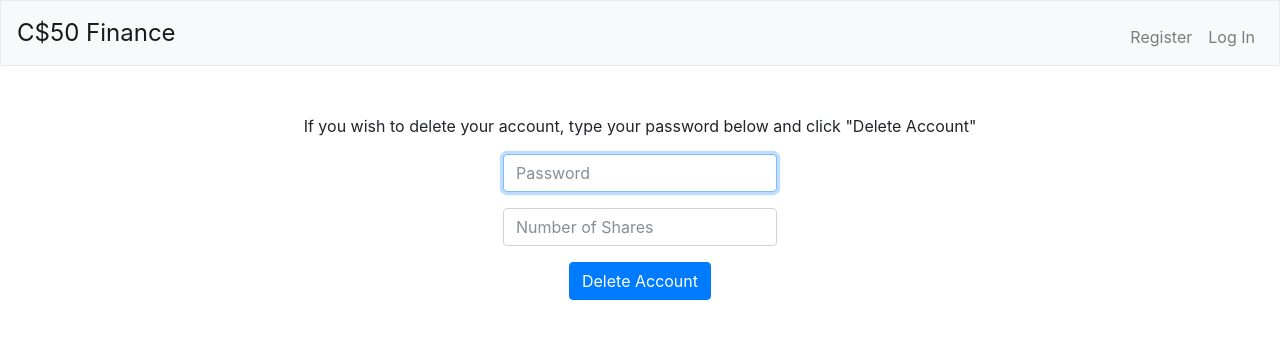
Repository: dillon/cs50
Page: pset7/finance/templates/account.html
The author's editor kept a record of every edit. The page is drawn from the files as they stood at one moment, then again after the next edit.
The browser window is 1280 px wide. The pictures show the whole page.
Some web libraries are served in a nearby version. The template is drawn by Flask 3. The application's start-up code is not run. Other server files are loaded and not shown. The template is opened directly, without the code that normally fills it, so the values that code supplies are empty.

Above is the page before.

### pset7/finance/templates/account.html
{% extends "layout.html" %}

{% block title %}
    Account
{% endblock %}

{% block main %}
    <p>If you wish to delete your account, type your password below and click "Delete Account"</p>
    <form action="/sell" method="post">
        <div class="form-group">
            <input autocomplete="off" autofocus class="form-control" name="symbol" placeholder="Password" type="password"/>
        </div>
        <div class="form-group">
            <input autocomplete="off" autofocus class="form-control" name="shares" placeholder="Number of Shares" type="number"/>
        </div>
        <button class="btn btn-primary" type="submit">Delete Account</button>
    </form>
{% endblock %}

### pset7/finance/templates/layout.html
<!DOCTYPE html>

<html lang="en">

    <head>

        <!-- Required meta tags -->
        <meta charset="utf-8"/>
        <meta name="viewport" content="width=device-width, initial-scale=1, shrink-to-fit=no"/>

        <!-- documentation at http://getbootstrap.com/docs/4.0/, alternative themes at https://bootswatch.com/4-alpha/ -->
        <link href="https://maxcdn.bootstrapcdn.com/bootstrap/4.0.0-beta.2/css/bootstrap.min.css" rel="stylesheet"/>

        <link href="/static/styles.css" rel="stylesheet"/>

        <script src="https://code.jquery.com/jquery-3.1.1.min.js"></script>
        <script src="https://cdnjs.cloudflare.com/ajax/libs/popper.js/1.12.3/umd/popper.min.js"></script>
        <script src="https://maxcdn.bootstrapcdn.com/bootstrap/4.0.0-beta.2/js/bootstrap.min.js"></script>

        <title>C$50 Finance: {% block title %}{% endblock %}</title>

    </head>

    <body>

        <nav class="navbar navbar-expand-md navbar-light bg-light border">
            <a class="navbar-brand" href="/"><span class="blue">C</span><span class="red">$</span><span class="yellow">5</span><span class="green">0</span> <span class="red">Finance</span></a>
            <button aria-controls="navbar" aria-expanded="false" aria-label="Toggle navigation" class="navbar-toggler" data-target="#navbar" data-toggle="collapse" type="button">
                <span class="navbar-toggler-icon"></span>
            </button>
            <div class="collapse navbar-collapse" id="navbar">
                {% if session.user_id %}
                    <ul class="navbar-nav mr-auto mt-2">
                        <li class="nav-item"><a class="nav-link" href="/quote">Quote</a></li>
                        <li class="nav-item"><a class="nav-link" href="/buy">Buy</a></li>
                        <li class="nav-item"><a class="nav-link" href="/sell">Sell</a></li>
                        <li class="nav-item"><a class="nav-link" href="/history">History</a></li>
                    </ul>
                    <ul class="navbar-nav ml-auto mt-2">
                        <li class="nav-item"><a class="nav-link" href="/account">Account</a></li>
                        <li class="nav-item"><a class="nav-link" href="/logout">Log Out</a></li>
                    </ul>
                {% else %}
                    <ul class="navbar-nav ml-auto mt-2">
                        <li class="nav-item"><a class="nav-link" href="/register">Register</a></li>
                        <li class="nav-item"><a class="nav-link" href="/login">Log In</a></li>
                    </ul>
                {% endif %}
            </div>
        </nav>

        {% if get_flashed_messages() %}
            <header>
                <div class="alert alert-primary border text-center" role="alert">
                    {{ get_flashed_messages() | join(" ") }}
                </div>
            </header>
        {% endif %}

        <main class="container p-5">
            {% block main %}{% endblock %}
        </main>

    </body>

</html>

### pset7/finance/static/styles.css
nav .navbar-brand
{
    /* size for brand */
    font-size: x-large;
}

/* colors for brand */

main .form-control
{
    /* center form controls */
    display: inline-block;

    /* override Bootstrap's 100% width for form controls */
    width: auto;
}

main
{
    /* scroll horizontally as needed */
    overflow-x: auto;

    /* center contents */
    text-align: center;
}

main img
{
    /* constrain images on small screens */
    max-width: 100%;
}

After the next edit:
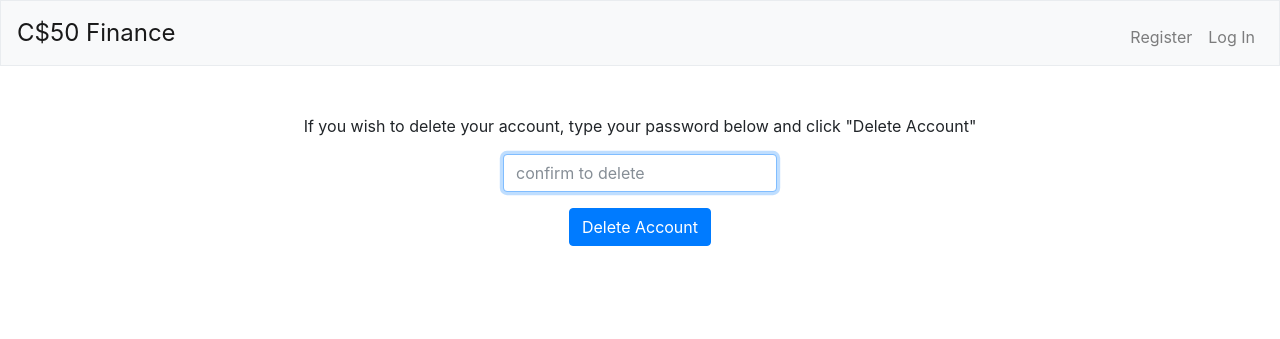
The edit:
--- a/pset7/finance/templates/account.html
+++ b/pset7/finance/templates/account.html
@@ -8,10 +8,7 @@
     <p>If you wish to delete your account, type your password below and click "Delete Account"</p>
     <form action="/sell" method="post">
         <div class="form-group">
-            <input autocomplete="off" autofocus class="form-control" name="symbol" placeholder="Password" type="password"/>
-        </div>
-        <div class="form-group">
-            <input autocomplete="off" autofocus class="form-control" name="shares" placeholder="Number of Shares" type="number"/>
+            <input autocomplete="off" autofocus class="form-control" name="password" placeholder="confirm to delete" type="password"/>
         </div>
         <button class="btn btn-primary" type="submit">Delete Account</button>
     </form>
